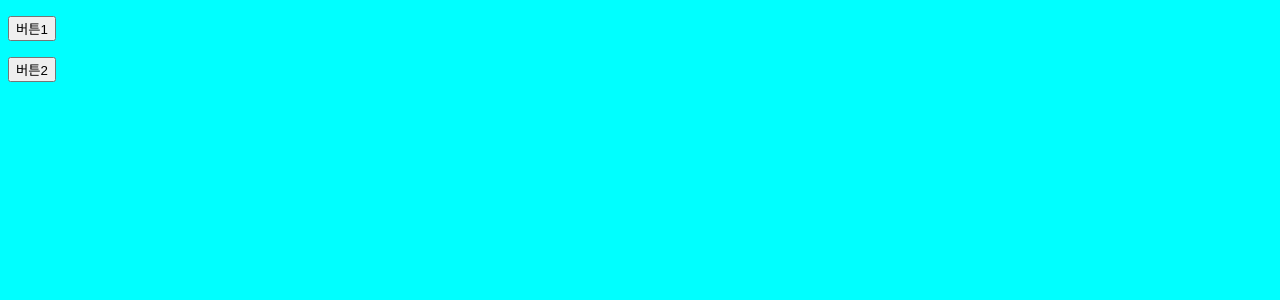
Repository: reddrinkbro/JSPStudy
Page: javascript/WebContent/6이벤트/event_1.html
These files come from the project's save history. The page is drawn as it stood at one moment and after the next save; the edit follows.
The browser window is 1280 px wide. The pictures show the whole page.

Above is the page before, as saved 2020-04-17 00:43:09.

### javascript/WebContent/6이벤트/event_1.html
<!DOCTYPE html>
<html>
<head>
<meta charset="UTF-8">
<title>Insert title here</title>

	<script type="text/javascript">

		//배경색에 쓰일 데이터 배열 생성
		var color = ["white","aqua","yellow","purple"];

		//위 color 배열의 인덱스 위치 값을 저장할 용도의 변수 선언
		var i = 0 ;
		//버튼들을 한번 클릭할때마다 호출 되는 함수로서,
		//<body>요소의 배경색상을 변경 시켜줍니다.
		function colorBg(){
			i++;

			//만약 i변수의 값이 color배열의 길이보다 크거나 같으면?
			if(i >= color.length){
				//i변수의 값 즉, 배열의 인덱스 위번호를 0으로 저장
				i = 0;
			}

			//body요소를 선택하여 저장
			var bodyTag = document.getElementsByTagName("body")[0];

			//body요소의 배경색을 color배열의 i변수번째 인덱스 위치의 값으로 저장
			bodyTag.style.backgroundColor = color[i];
		}

		//웹브라우저가 event_1.html의 모든 코드를 로딩했을떄(모든 코드를 읽어 들였을때)
		//이벤트 처리함수(이벤트 핸들러 함수)가 처리함.
		window.onload = function(){

			//[버튼2]를 클릭할때 마다 colorBg()함수를 호출해 body요소의 배경색상이 바뀌도록 하게 하기
			document.getElementById("btn2").onclick = colorBg();

		}
	</script>
</head>
<body>
	<p>
		<!-- 1. [버튼1]을 클릭할 때마다 colorBg()함수를 호출합니다.
				[버튼1] 태그에 직접 이벤트를 등록 	-->
		<button onclick = "colorBg();">버튼1</button>
	</p>
	<p>
		<!-- 2.[버튼2]를 자바스크립트구문으로 선택하여 이벤트 등록 -->
		<button id = "btn2">버튼2</button>



	</p>
</body>
</html>

After the next save:
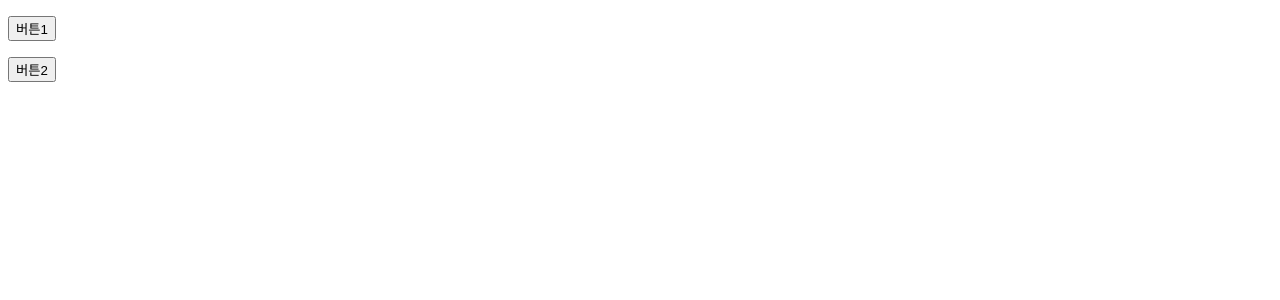
Saved 3 min 32 s later.
--- a/javascript/WebContent/6이벤트/event_1.html
+++ b/javascript/WebContent/6이벤트/event_1.html
@@ -34,8 +34,10 @@
 		window.onload = function(){
 
 			//[버튼2]를 클릭할때 마다 colorBg()함수를 호출해 body요소의 배경색상이 바뀌도록 하게 하기
-			document.getElementById("btn2").onclick = colorBg();
-
+			var btn2 = document.getElementById("btn2");
+			btn2.onclick = function(){
+				colorBg();
+			}
 		}
 	</script>
 </head>
